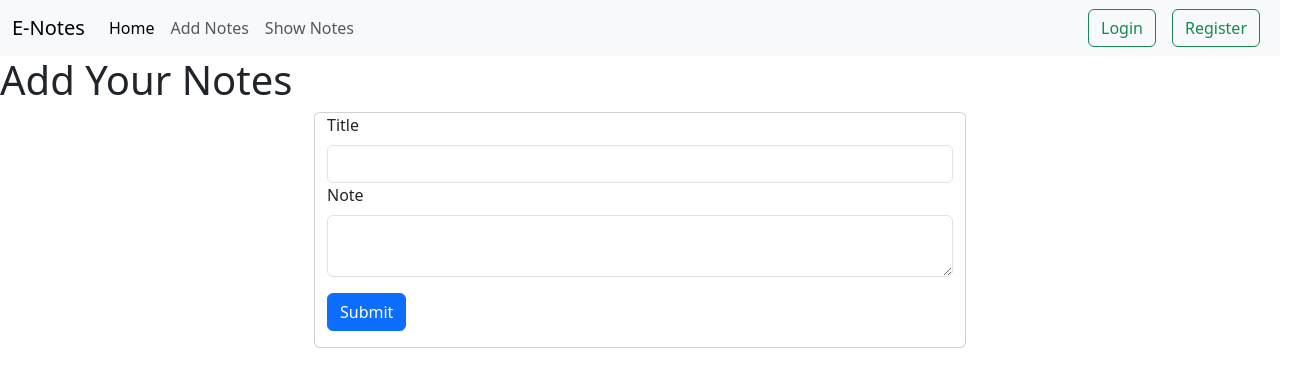
Repository: SandeepSharma2002/JavaProjects
Page: http://localhost/ENotes/addNotes.jsp
The author's editor kept a copy of each file at every save. The page is drawn from the files as they stood at one save, then again after the next save.
The browser window is 1280 px wide. The page is 1292 px wide, so the pictures cover 1292 px, including what lies to the right of the window. The pictures show the whole page.
The page is served by Tomcat 9. Other server files are loaded and not shown.

Above is the page before, as saved 2023-10-24 18:52:17.

### ENotes/src/main/webapp/addNotes.jsp
<%@ page language="java" contentType="text/html; charset=ISO-8859-1"
	pageEncoding="ISO-8859-1"%>
<!DOCTYPE html>
<html>
<head>
<meta charset="ISO-8859-1">
<%@ include file="Components/allcss.jsp"%>
<title>Insert title here</title>
</head>
<body>
	<%@include file="Components/Navbar.jsp"%>
	<h1 class=" col-md-6">Add Your Notes</h1>
	<div class="row">

		<div class="card container-fluid col-md-6">

			<form>
				<div class="mb-3">
					<label for="exampleInputEmail1" class="form-label">Title</label> <input
						type="text" class="form-control" id="exampleInputEmail1"
						aria-describedby="emailHelp">

					<div class="mb-3">
						<label for="exampleInputPText1" class="form-label">Note</label> <textarea
						row ="10"	type="text" class="form-control" id="exampleInputPassword1"></textarea>
					</div>

					<button type="submit" class="btn btn-primary">Submit</button>
			</form>

		</div>
	</div>
</body>
</html>

### ENotes/src/main/webapp/Components/allcss.jsp
<link ref="stylesheet" href="Style/Style.css" />

<link
	href="https://cdn.jsdelivr.net/npm/bootstrap@5.3.2/dist/css/bootstrap.min.css"
	rel="stylesheet"
	integrity="sha384-T3c6CoIi6uLrA9TneNEoa7RxnatzjcDSCmG1MXxSR1GAsXEV/Dwwykc2MPK8M2HN"
	crossorigin="anonymous">

<link rel="stylesheet"
	href="https://cdnjs.cloudflare.com/ajax/libs/font-awesome/6.4.2/css/all.min.css"
	integrity="sha512-z3gLpd7yknf1YoNbCzqRKc4qyor8gaKU1qmn+CShxbuBusANI9QpRohGBreCFkKxLhei6S9CQXFEbbKuqLg0DA=="
	crossorigin="anonymous" referrerpolicy="no-referrer" />


<script
	src="https://cdn.jsdelivr.net/npm/bootstrap@5.3.2/dist/js/bootstrap.bundle.min.js"
	integrity="sha384-C6RzsynM9kWDrMNeT87bh95OGNyZPhcTNXj1NW7RuBCsyN/o0jlpcV8Qyq46cDfL"
	crossorigin="anonymous"></script>

### ENotes/src/main/webapp/Components/Navbar.jsp
<%@page import="com.User.UserDetails"%>
<nav class="navbar navbar-expand-lg navbar-light bg-light">
	<div class="container-fluid">
		<a class="navbar-brand" href="index.jsp">E-Notes</a>
		<button class="navbar-toggler" type="button" data-bs-toggle="collapse"
			data-bs-target="#navbarSupportedContent"
			aria-controls="navbarSupportedContent" aria-expanded="false"
			aria-label="Toggle navigation">
			<span class="navbar-toggler-icon"></span>
		</button>
		<div class="collapse navbar-collapse" id="navbarSupportedContent">
			<ul class="navbar-nav me-auto mb-2 mb-lg-0">
				<li class="nav-item"><a class="nav-link active"
					aria-current="page" href="index.jsp">Home</a></li>
				<li class="nav-item"><a class="nav-link" href="#">Add Notes</a>
				</li>
				<li class="nav-item"><a class="nav-link" href="#">Show
						Notes</a></li>
			</ul>
			<form class="d-flex">
				<%
				UserDetails user = (UserDetails) session.getAttribute("User");
				if (user != null) {
				%>
				<a href="home.jsp"
					class="btn btn-outline-success my-2 my-sm-0 mx-sm-2" type="submit">Welcome
					<%=user.getName()%></a> <a
					class="btn btn-outline-success my-2 my-sm-0 mx-sm-2" type="submit"
				    >Logout</a>
				<%
				} else {
				%>
				<a href="LoginPage.jsp"
					class="btn btn-outline-success my-2 my-sm-0 mx-sm-2" type="submit">Login</a>
				<a href="RegisterPage.jsp"
					class="btn btn-outline-success my-2 my-sm-0 mx-sm-2" type="submit">Register</a>
				<%
				}
				%>



			</form>
		</div>
	</div>
</nav>

After the next save:
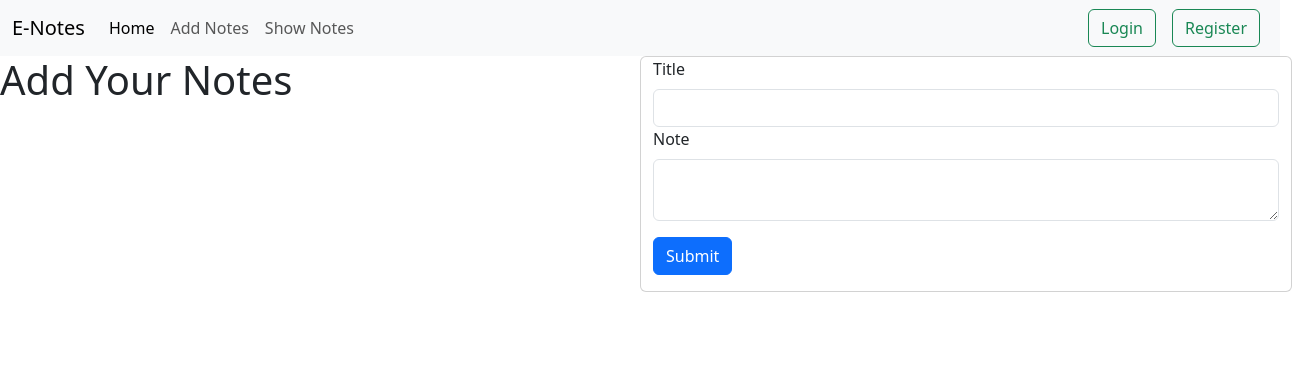
Saved 21 s later.
--- a/ENotes/src/main/webapp/addNotes.jsp
+++ b/ENotes/src/main/webapp/addNotes.jsp
@@ -9,9 +9,9 @@
 </head>
 <body>
 	<%@include file="Components/Navbar.jsp"%>
+
+	<div class="row">
 	<h1 class=" col-md-6">Add Your Notes</h1>
-	<div class="row">
-
 		<div class="card container-fluid col-md-6">
 
 			<form>
